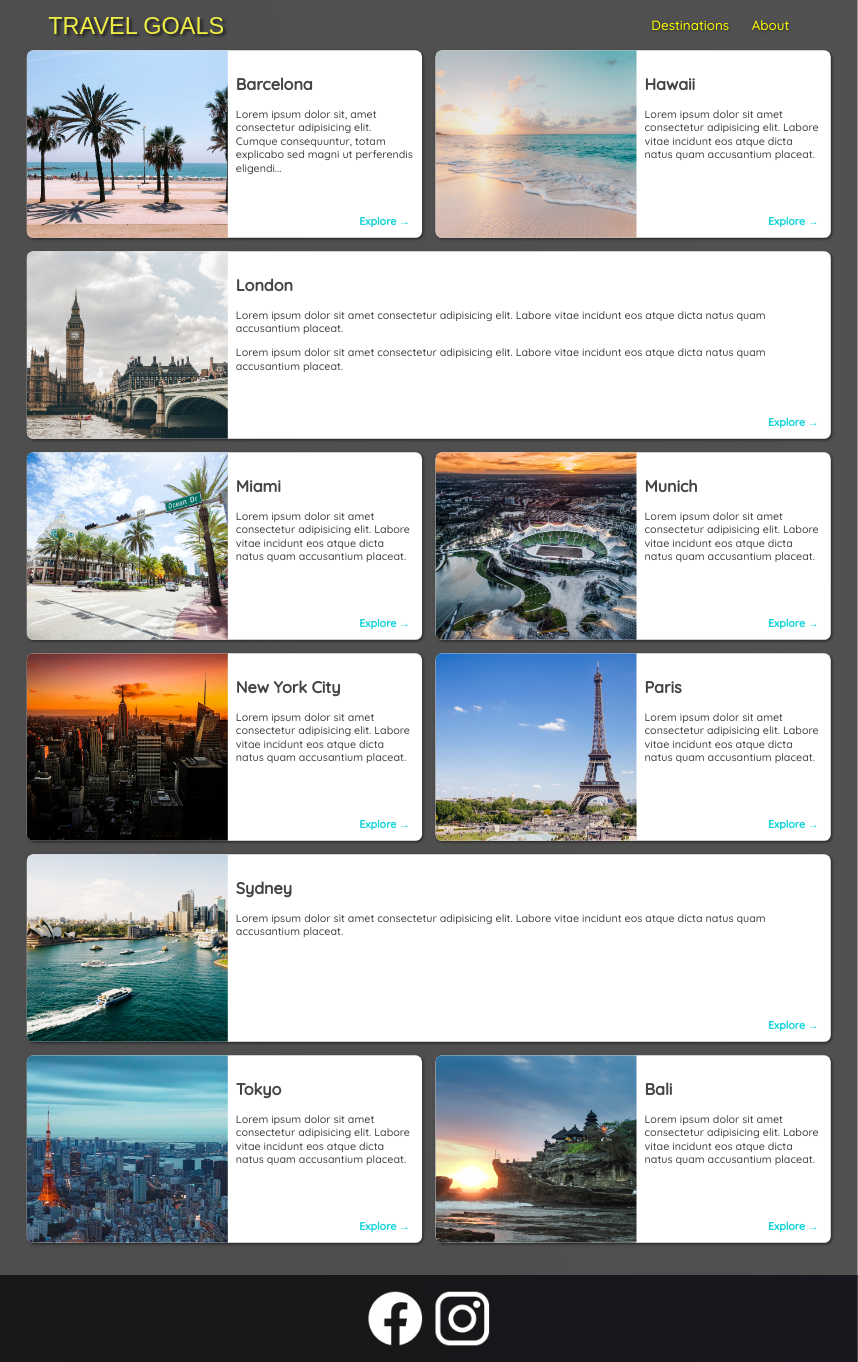
Repository: MicTomm/Travel-Goals
Page: places.html
These files come from the project's save history. The page is drawn as it stood at one moment and after the next save; the edit follows.
The browser window is 1280 px wide. The pictures show the whole page, at 67% of full size.
Some web fonts or font styles are not loaded; a fallback is used.

Above is the page before, as saved 2023-06-09 10:50:13.

### places.html
<!DOCTYPE html>
<html lang="it">

<head>
    <meta charset="UTF-8">
    <title>Travel Goals</title>
    <link rel="stylesheet"
        href="https://fonts.googleapis.com/css2?family=Raleway:wght@700&family=Oleo+Script:wght@700&family=Quicksand:wght@300;500&display=swap">
    <link href="/styles/shared.css" rel="stylesheet">
    <link href="/styles/places.css" rel="stylesheet">
</head>

<body>
    <header>
        <div id="logo">
            <a href="/index.html">Travel Goals</a>
        </div>
        <nav>
            <ul>
                <li><a href="/places.html">Destinations</a></li>
                <li><a href="">About</a></li>
            </ul>
        </nav>
    </header>
    <main>
        <ul>
            <li>
                <img src="images/places/barcelona.jpg" alt="Barcelona">
                <div class="item-content">
                    <div>
                        <h2>Barcelona</h2>
                        <p>
                            Lorem ipsum dolor sit, amet consectetur adipisicing elit. Cumque consequuntur, totam
                            explicabo sed magni ut perferendis eligendi...
                        </p>
                    </div>
                    <div class="actions">
                        <a href="https://en.wikipedia.org/wiki/Barcelona">Explore &#x2192</a>
                    </div>
                </div>
            </li>
            <li>
                <img src="images/places/hawaii.jpg" alt="Hawaii beach" />
                <div class="item-content">
                    <div>
                        <h2>Hawaii</h2>
                        <p>
                            Lorem ipsum dolor sit amet consectetur adipisicing elit. Labore
                            vitae incidunt eos atque dicta natus quam accusantium placeat.
                        </p>
                    </div>
                    <div class="actions">
                        <a href="https://en.wikipedia.org/wiki/Hawaii">Explore &#x2192</a>
                    </div>
                </div>
            </li>
            <li>
                <img src="images/places/london.jpg" alt="London city" />
                <div class="item-content">
                    <div>
                        <h2>London</h2>
                        <p>
                            Lorem ipsum dolor sit amet consectetur adipisicing elit. Labore
                            vitae incidunt eos atque dicta natus quam accusantium placeat.
                        </p>
                        <p>
                            Lorem ipsum dolor sit amet consectetur adipisicing elit. Labore
                            vitae incidunt eos atque dicta natus quam accusantium placeat.
                        </p>
                    </div>
                    <div class="actions">
                        <a href="https://en.wikipedia.org/wiki/London">Explore &#x2192</a>
                    </div>
                </div>
            </li>
            <li>
                <img src="images/places/miami.jpg" alt="Miami streets" />
                <div class="item-content">
                    <div>
                        <h2>Miami</h2>
                        <p>
                            Lorem ipsum dolor sit amet consectetur adipisicing elit. Labore
                            vitae incidunt eos atque dicta natus quam accusantium placeat.
                        </p>
                    </div>
                    <div class="actions">
                        <a href="https://en.wikipedia.org/wiki/Miami">Explore &#x2192</a>
                    </div>
                </div>
            </li>
            <li>
                <img src="images/places/munich.jpg" alt="Munich football stadium" />
                <div class="item-content">
                    <div>
                        <h2>Munich</h2>
                        <p>
                            Lorem ipsum dolor sit amet consectetur adipisicing elit. Labore
                            vitae incidunt eos atque dicta natus quam accusantium placeat.
                        </p>
                    </div>
                    <div class="actions">
                        <a href="https://en.wikipedia.org/wiki/Munich">Explore &#x2192</a>
                    </div>
                </div>
            </li>
            <li>
                <img src="images/places/new-york-city.jpg" alt="New York City skyline" />
                <div class="item-content">
                    <div>
                        <h2>New York City</h2>
                        <p>
                            Lorem ipsum dolor sit amet consectetur adipisicing elit. Labore
                            vitae incidunt eos atque dicta natus quam accusantium placeat.
                        </p>
                    </div>
                    <div class="actions">
                        <a href="https://en.wikipedia.org/wiki/New_York_City">Explore &#x2192</a>
                    </div>
                </div>
            </li>
            <li>
                <img src="images/places/paris.jpg" alt="Paris city" />
                <div class="item-content">
                    <div>
                        <h2>Paris</h2>
                        <p>
                            Lorem ipsum dolor sit amet consectetur adipisicing elit. Labore
                            vitae incidunt eos atque dicta natus quam accusantium placeat.
                        </p>
                    </div>
                    <div class="actions">
                        <a href="https://en.wikipedia.org/wiki/Paris">Explore &#x2192</a>
                    </div>
                </div>
            </li>
            <li>
                <img src="images/places/sydney.jpg" alt="Sydney beach" />
                <div class="item-content">
                    <div>
                        <h2>Sydney</h2>
                        <p>
                            Lorem ipsum dolor sit amet consectetur adipisicing elit. Labore
                            vitae incidunt eos atque dicta natus quam accusantium placeat.
                        </p>
                    </div>
                    <div class="actions">
                        <a href="https://en.wikipedia.org/wiki/Sydney">Explore &#x2192</a>
                    </div>
                </div>
            </li>
            <li>
                <img src="images/places/tokyo.jpg" alt="Tokyo skyline" />
                <div class="item-content">
                    <div>
                        <h2>Tokyo</h2>
                        <p>
                            Lorem ipsum dolor sit amet consectetur adipisicing elit. Labore
                            vitae incidunt eos atque dicta natus quam accusantium placeat.
                        </p>
                    </div>
                    <div class="actions">
                        <a href="https://en.wikipedia.org/wiki/Tokyo">Explore &#x2192</a>
                    </div>
                </div>
            </li>
            <li>
                <img src="images/places/bali.jpg" alt="Bali beach" />
                <div class="item-content">
                    <div>
                        <h2>Bali</h2>
                        <p>
                            Lorem ipsum dolor sit amet consectetur adipisicing elit. Labore
                            vitae incidunt eos atque dicta natus quam accusantium placeat.
                        </p>
                    </div>
                    <div class="actions">
                        <a href="https://en.wikipedia.org/wiki/Bali">Explore &#x2192</a>
                    </div>
                </div>
            </li>
        </ul>
    </main>
    <footer>
        <ul>
            <li>
                <a href="https://www.facebook.com/" title="facebook">
                    <img src="/images/icons/facebook.png" alt="facebook-icon">
                </a>
            </li>
            <li>
                <a href="https://www.instagram.com/" title="instagram">
                    <img src="/images/icons/insta.png" alt="instagram-icon">
                </a>
            </li>
    </footer>
</body>

</html>

### styles/shared.css
body {
    margin: 0px;
    font-family: 'Quicksand', sans-serif;
}

ul {
    list-style: none;
    padding: 0px;
    margin: 0px;
}

header {
    display: flex;
    justify-content: space-between;
    align-items: center;
    padding: 15px 60px;
    position: absolute;
    width: 100%;
    top: 0;
    left: 0;
    box-sizing: border-box;
}

header ul {
    margin: 10px;
    display: flex;
    justify-content: space-between;
    width: 250px;
}

header li {
    width: 100px;
}

header a {
    color: yellow;
    text-decoration: none;
    font-size: 20px;
    padding: 12px;
    text-shadow: 1px 1px 4px rgba(0, 0, 0, 0.5);
}

header a:hover {
    background-color: yellow;
    box-shadow: 2px 2px 4px rgba(0, 0, 0, 0.5);
    color: rgb(67, 60, 60);
    text-shadow: 1px 1px 2px rgb(0, 0, 0, 0.5);
    border-radius: 8px;
}

footer{
    background: linear-gradient(70deg, rgb(24, 24, 24), rgb(23, 23, 29));
    padding: 25px;
}

footer ul{
    display: flex;
    justify-content: center;
}

footer li{
    width: 80px;
    height: 80px;
    margin: 0px 10px;
}

footer img{
    width: 100%;
    height: 100%;
}

#logo a {
    font-family: 'Oleo script', sans-serif;
    font-size: 35px;
    text-decoration: none;
    color: rgb(237, 237, 70);
    text-shadow: 4px 4px 4px rgb(31, 29, 29);
    text-transform: uppercase;
}

#logo a:hover {
    background-color: transparent;

}

### styles/places.css
body {
    background: linear-gradient(77deg, rgb(77, 77, 77), rgb(81, 81, 81));
    color: rgb(68, 68, 68);
}

/*
    position: static sovrascrive il comportamento impostato per l'header nel file shared.css, al fine
    di evitare la sovrapposizione delle prime card sull'header
*/
header {
    position: static;
}

main ul {
    width: 1200px;
    margin: 0 auto 48px auto;
    display: grid;
    grid-template-columns: 1fr 1fr;
    gap: 20px 20px;
}

main li {
    display: flex;
    background-color: white;
    border-radius: 10px;
    overflow: hidden;
    box-shadow: 2px 2px 4px rgba(0, 0, 0, 0.5);
}

/*questo tipo di selettore si chiama pseudoelemento*/
main li:nth-of-type(3),
main li:nth-of-type(8){
    grid-column: 1 / span 2;
}

main li img {
    height: 280px;
    width: 300px;
    object-fit: cover;
}

/*card-content*/
.item-content{
    margin: 0px 12px;
    padding: 15px 0px;
    display: flex;
    flex-direction: column;
    justify-content: space-between;

}

/*card "explore link"*/
.actions{
    text-align: right;
}

.actions a{
    text-decoration: none;
    color: rgb(22, 211, 218);
    border-radius: 8px;
    box-shadow: 2px, 2px, 4px, black;
    padding:6px;
    font-weight: 600;
}

.actions a:hover{
    text-shadow: 1px 1px 2px  rgb(6, 150, 155) ;
    background-color:rgb(227, 251, 251);
}

After the next save:
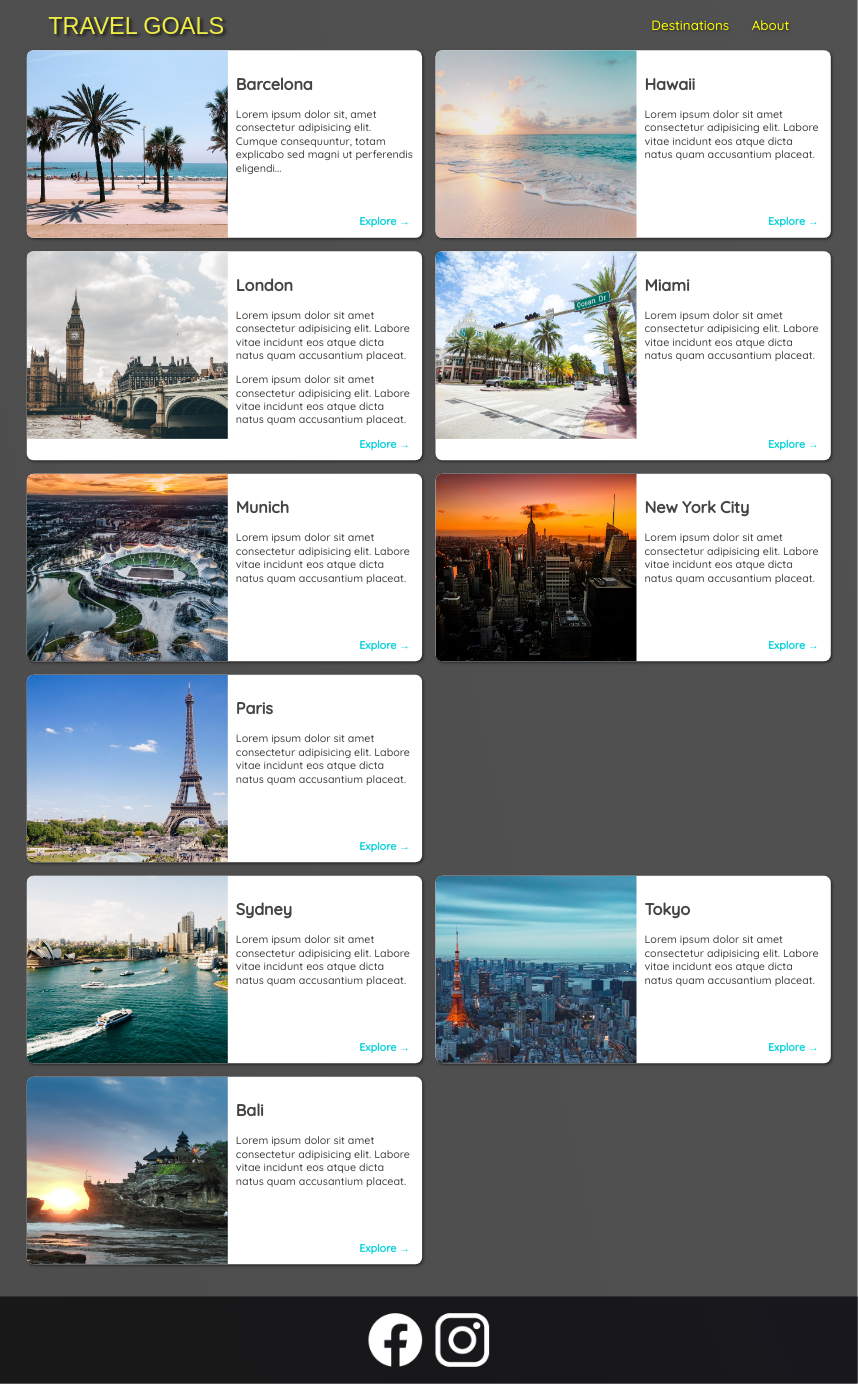
Saved 110 s later.
--- a/styles/places.css
+++ b/styles/places.css
@@ -30,7 +30,7 @@
 /*questo tipo di selettore si chiama pseudoelemento*/
 main li:nth-of-type(3),
 main li:nth-of-type(8){
-    grid-column: 1 / span 2;
+    grid-column: 1 / 2;
 }
 
 main li img {

After the save that followed:
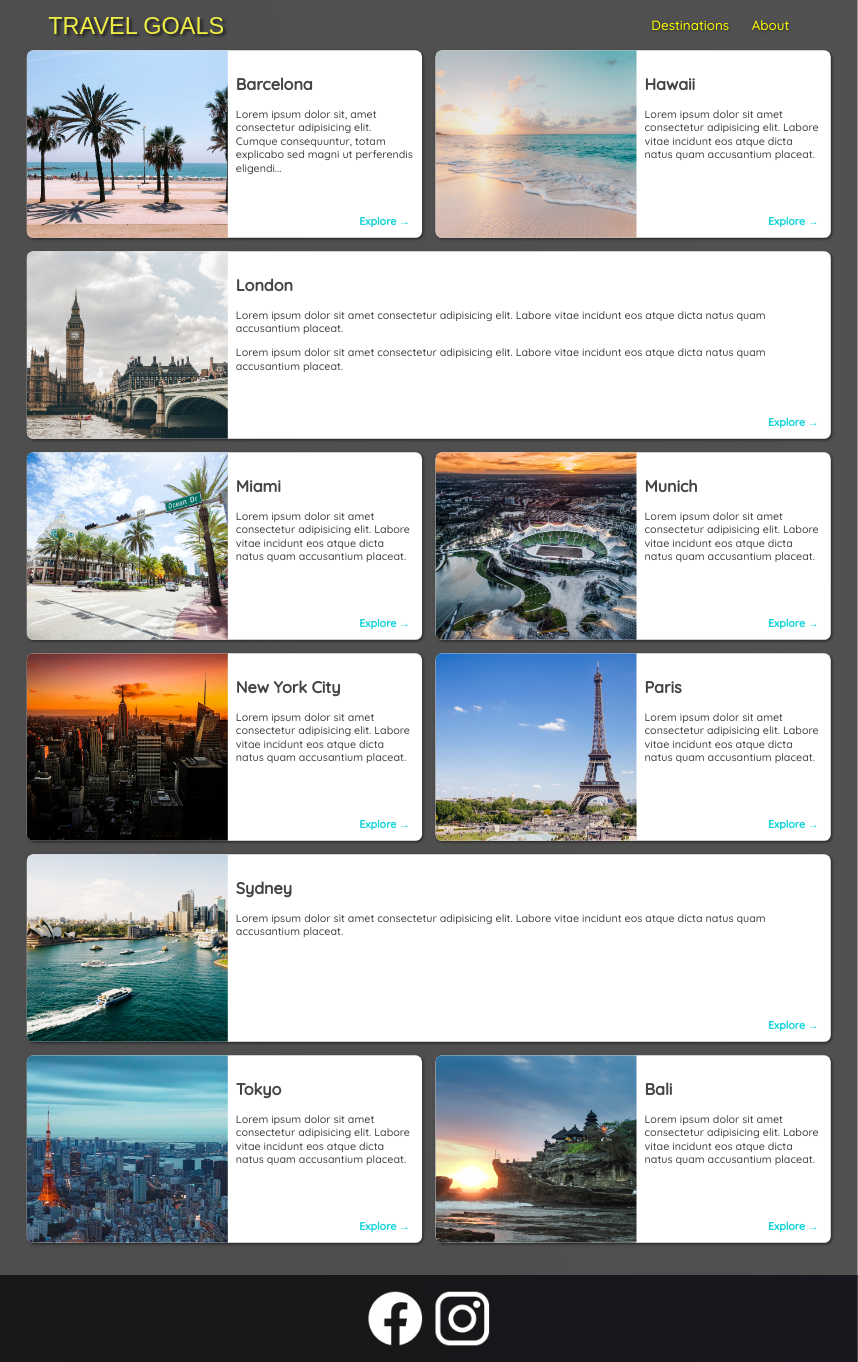
Saved 13 s later.
--- a/styles/places.css
+++ b/styles/places.css
@@ -30,7 +30,7 @@
 /*questo tipo di selettore si chiama pseudoelemento*/
 main li:nth-of-type(3),
 main li:nth-of-type(8){
-    grid-column: 1 / 2;
+    grid-column: 1 / 3;
 }
 
 main li img {
